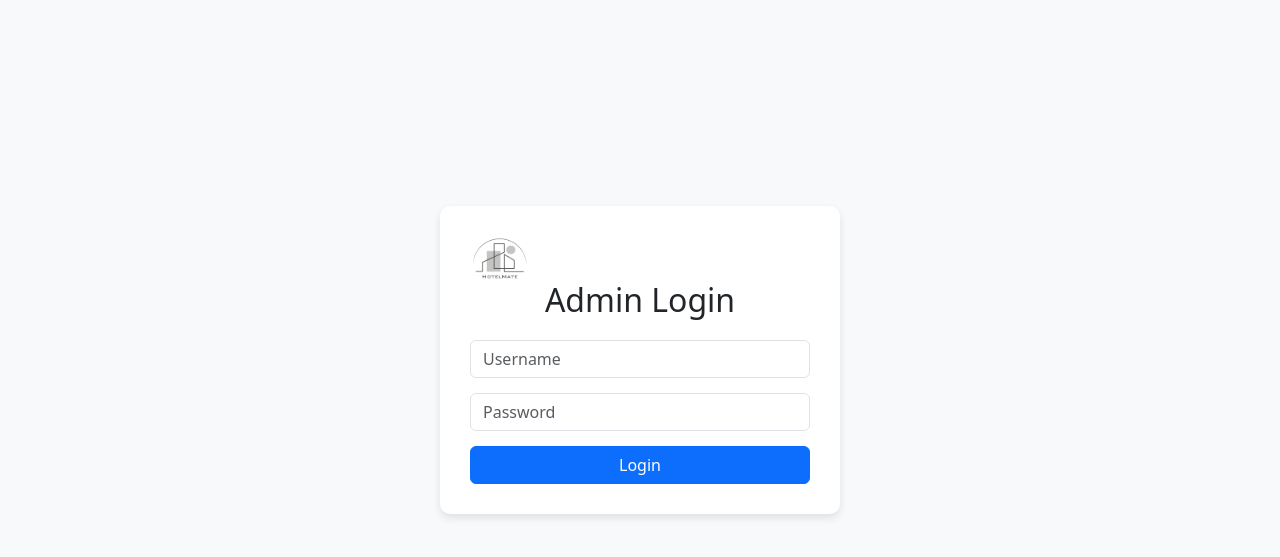
Repository: himanshu2k23/HoteMate
Page: http://localhost/HotelMate/admin/login
The author's editor kept a copy of each file at every save. The page is drawn from the files as they stood at one save, then again after the next save.
The browser window is 1280 px wide. The pictures show the whole page.
The page is served by Tomcat 10.

Above is the page before, as saved 2025-01-17 16:19:09.

After the next save:
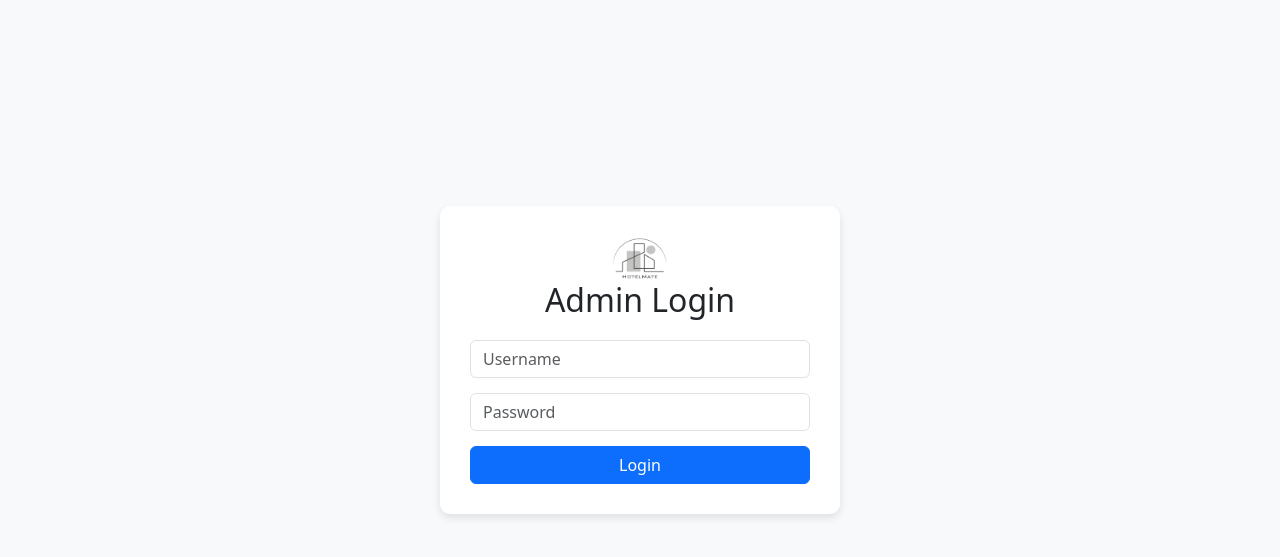
Saved 23 s later.
--- a/HotelMate/src/main/webapp/WEB-INF/admin/login.jsp
+++ b/HotelMate/src/main/webapp/WEB-INF/admin/login.jsp
@@ -43,7 +43,7 @@ body {
 <body>
 
 	<div class="login-container">
-		<div class="d-flex">
+		<div class="d-flex justify-content-center">
 			<img src="http://localhost:8080/HotelMate/Images/HotelmateLogo.png"
 				alt="HotelMate Logo" width="60" height="45" class="d-inline-block">
 		</div>
